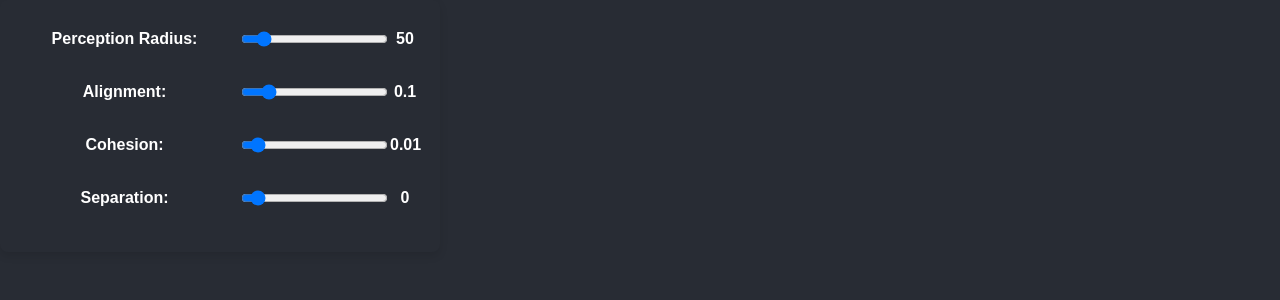
Repository: eltonsampaio12/boids
Page: index.html
An editor plug-in stored every save of this project. The page is shown before and after the next save, followed by the edit.
The browser window is 1280 px wide. The pictures show the whole page.

Above is the page before, as saved 2024-02-01 00:11:51.
Not found: main.ts

After the next save:
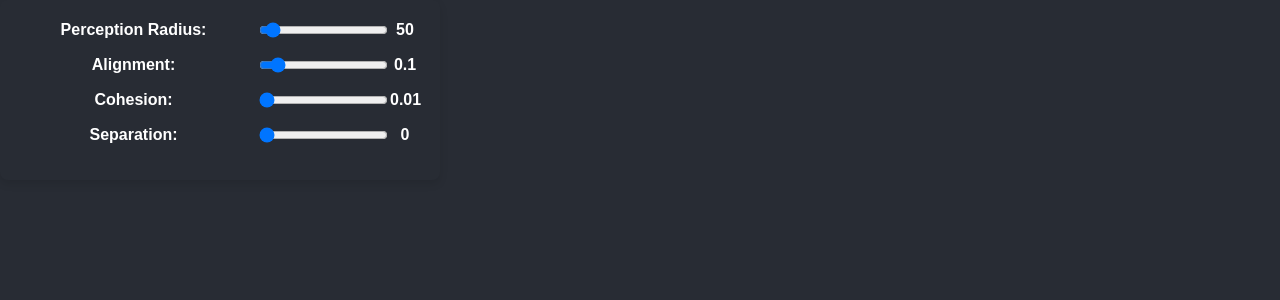
Saved 12 s later.
--- a/index.html
+++ b/index.html
@@ -32,10 +32,6 @@
       }
 
       input {
-        padding: 8px;
-        border: 1px solid #ccc;
-        border-radius: 4px;
-        outline: none;
       }
 
       span {
